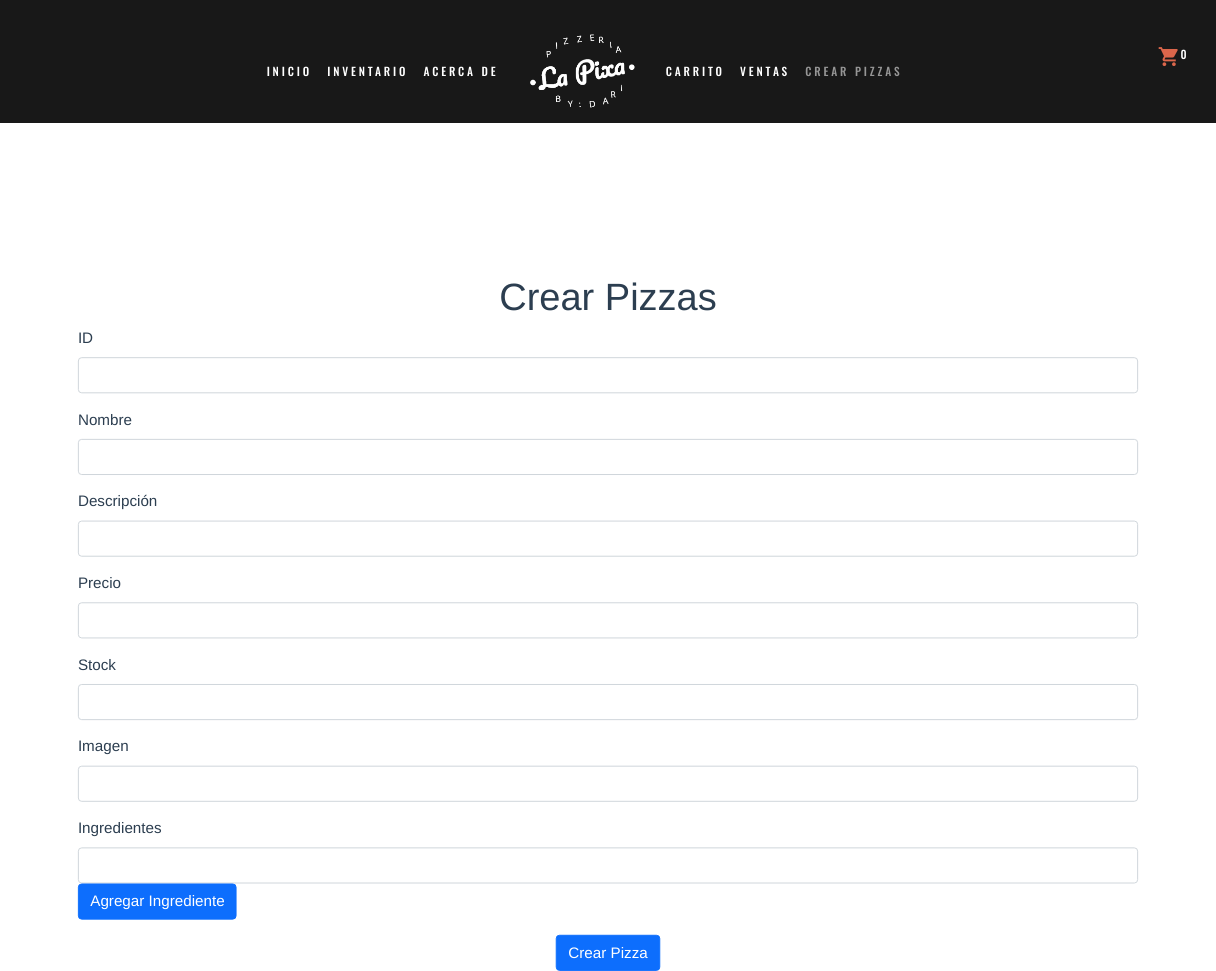
Repository: Darigo30/prueba-vue-dari-pizza
Page: /crearPizzas
An editor plug-in stored every save of this project. The page is shown before and after the next save, followed by the edit.
The browser window is 1280 px wide. The pictures show the whole page, at 95% of full size.
The project was rebuilt for these pictures with package versions that can differ from the ones it lists, and the page was loaded fresh each time. Also part of the build but not shown: src/views/Home.vue.

Above is the page before, as saved 2021-05-23 22:38:17.

### public/index.html
<!DOCTYPE html>
<html lang="">
  <head>
    <meta charset="utf-8">
    <meta http-equiv="X-UA-Compatible" content="IE=edge">
    <meta name="viewport" content="width=device-width,initial-scale=1.0">
    <link rel="icon" href="<%= BASE_URL %>favicon.ico">
    <link href="https://cdn.jsdelivr.net/npm/bootstrap@5.0.0/dist/css/bootstrap.min.css" rel="stylesheet" integrity="sha384-wEmeIV1mKuiNpC+IOBjI7aAzPcEZeedi5yW5f2yOq55WWLwNGmvvx4Um1vskeMj0" crossorigin="anonymous">
    <link href="https://fonts.googleapis.com/icon?family=Material+Icons"
      rel="stylesheet">
      <link rel="preconnect" href="https://fonts.gstatic.com">
      <link href="https://fonts.googleapis.com/css2?family=Oswald:wght@300;500&display=swap" rel="stylesheet">
    <title>Pizzeria La Pixa</title>
  </head>
  <body>
    <noscript>
      <strong>We're sorry but doesn't work properly without JavaScript enabled. Please enable it to continue.</strong>
    </noscript>
    <div id="app"></div>
    <script src="https://cdn.jsdelivr.net/npm/bootstrap@5.0.0/dist/js/bootstrap.bundle.min.js" integrity="sha384-p34f1UUtsS3wqzfto5wAAmdvj+osOnFyQFpp4Ua3gs/ZVWx6oOypYoCJhGGScy+8" crossorigin="anonymous"></script>
    <!-- built files will be auto injected -->
  </body>
</html>

### src/main.js
import Vue from "vue";
import App from "./App.vue";
import router from "./router";
import store from "./store";
import firebase from "firebase";



Vue.config.productionTip = false;


new Vue({
  router,
  store,
  firebase,
  render: (h) => h(App),
}).$mount("#app");

### src/App.vue
<template>
  <div id="app">
    <Nav />
    <router-view />
  </div>
</template>

<script>
import Nav from "@/components/Nav.vue";
import { mapActions } from "vuex";

export default {
  name: "App",
  components: {
    Nav,
  },
  methods: {
    ...mapActions(["getData", "setDataPizzasDb"]),
  },
  created() {
    this.getData();
    this.setDataPizzasDb();
  },
};
</script>

<style lang="scss">
#app {
  font-family: Avenir, Helvetica, Arial, sans-serif;
  -webkit-font-smoothing: antialiased;
  -moz-osx-font-smoothing: grayscale;
  text-align: center;
  color: #2c3e50;
}
</style>

### src/router/index.js
import Vue from "vue";
import VueRouter from "vue-router";
import Home from "../views/Home.vue";

Vue.use(VueRouter);

const routes = [
  {
    path: "/",
    name: "Home",
    component: Home,
  },
  {
    path: "/inventario",
    name: "Inventario",
    component: () =>
      import(/* webpackChunkName: "inventario" */ "../views/Inventario.vue"),
  },
  {
    path: "/ventas",
    name: "Ventas",
    component: () =>
      import(/* webpackChunkName: "ventas" */ "../views/Ventas.vue"),
  },
  {
    path: "/carrito",
    name: "Carrito",
    component: () =>
      import(/* webpackChunkName: "carrito" */ "../views/Carrito.vue"),
  },
  {
    path: "*",
    name: "error404",
    component: () =>
      import(/* webpackChunkName: "error404" */ "../views/error404.vue"),
  },
  {
    path: "/crearPizzas",
    name: "CrearPizzas",
    component: () =>
      import(/* webpackChunkName: "crearPizzas" */ "../views/CrearPizzas.vue"),
  },
  // {
  //   path: "/about",
  //   name: "About",
  // route level code-splitting
  // this generates a separate chunk (about.[hash].js) for this route
  // which is lazy-loaded when the route is visited.
  //   component: () =>
  //     import(/* webpackChunkName: "about" */ "../views/About.vue"),
  // },
];

const router = new VueRouter({
  mode: "history",
  base: process.env.BASE_URL,
  routes,
});

export default router;

### src/store/index.js
import Vue from "vue";
import Vuex from "vuex";
//import axios from "axios";

import { db } from "../../firebase";

Vue.use(Vuex);

export default new Vuex.Store({
  state: {
    productos: [],
    carrito: [],
    ventas: [],
  },
  getters: {
    cantidadCarrito(state) {
      return state.carrito.length;
    },
    productosFiltrados(state) {
      const productos = state.productos.filter((pizza) => pizza.stock > 0);
      return !productos ? [] : productos;
    },
    totalCarrito(state) {
      const carrito = state.carrito;
      if (carrito.length === 0) return 0;
      const suma = carrito.reduce((acc, x) => acc + x.subtotal, 0);
      return suma;
    },
  },
  mutations: {
    cargarData(state, payload) {
      state.productos = payload;
    },
    agregarPizza(state, payload) {
      const agregar = payload.id;
      const cantidad = 1;
      const nombre = payload.nombre;
      const precio = payload.precio;
      const subtotal = precio * cantidad;

      const finder = state.carrito.find((obj) => obj.id === agregar);

      if (!finder) {
        const obj = {
          id: agregar,
          cantidad,
          nombre,
          precio,
          subtotal,
        };
        state.carrito.push(obj);
      } else {
        finder.cantidad = cantidad + finder.cantidad;
        finder.subtotal = finder.cantidad * precio;
      }
    },
    comprar(state) {
      const respuesta = confirm("¿Quieres comprar ahora?");
      if (respuesta) {
        const venta = state.carrito.map((obj) => {
          const obj2 = {
            id: obj.id,
            nombre: obj.nombre,
            precioSubtotal: obj.subtotal,
            cantidadVendida: obj.cantidad,
          };
           return obj2;
        });
        venta.forEach((producto) => {
          const ventarec = producto;
          const finder = state.ventas.find((obj) => obj.id === ventarec.id);

          if (!finder) {
            state.ventas.push(ventarec);
          } else {
            state.ventas = state.ventas.map((vend) => {
              const obj3 = {
                id: vend.id,
                nombre: vend.nombre,
                precioSubtotal: vend.id === ventarec.id ? vend.precioSubtotal + ventarec.precioSubtotal : vend.precioSubtotal,
                cantidadVendida: vend.id === ventarec.id ? vend.cantidadVendida + ventarec.cantidadVendida : vend.cantidadVendida,
              };
               return obj3;
            });
          }

        });
        state.carrito.forEach((el) => {
        state.productos = state.productos.map((resta) => {
            const obj4 = {
              desc: resta.desc,
              id: resta.id,
              img: resta.img,
              ing: resta.ing,
              name: resta.name,
              price: resta.price,
              stock: el.id === resta.id ? resta.stock - el.cantidad : resta.stock ,
            };
            return obj4;
          })
        });
      state.carrito = [];
      }
    },
    //guardar pizzas de API inicial en colleccion de firebase
    guardarPizzasEnDB(state) {
      console.log(state);
      /*setTimeout(() => {
        try {
          const productos = state.productos;
          console.log(productos);
          productos.forEach(async (producto) => {
            await db.collection("pizzas").add(producto);
          });
        } catch (error) {
          console.log(error);
        }
      }, 2000);*/
    },
    agregarNuevaPizza(state, payload) {
      const existe = state.productos.find((pizza) => pizza.id === payload.id);
      // Si no existe ingresar a la base de datos.
      if (!existe) state.productos.push(payload);
    },
  },
  actions: {
    async getData({ commit }) {
      // const url =
      //   "https://us-central1-apis-varias-mias.cloudfunctions.net/pizzeria";
      try {
        // const req = await axios(url);
        // const pizzas = req.data;
        // const pizzasStock = pizzas.map((obj) => {
        //   obj.stock = 10;
        //   return obj;
        // });
        const pizzasStock = [];
        const fire = await db.collection("pizzas");
        fire.get()
        .then((querySnapshot) => {
            querySnapshot.forEach((doc) => {
                pizzasStock.push(doc.data());
                console.log(doc.id, " => ", doc.data());
            });
        })
        commit("cargarData", pizzasStock);
      } catch (error) {
        console.log(error);
      }
    },
    async setDataPizzasDb({ commit }){
      commit("guardarPizzasEnDB");
    },
    async crearNuevaPizza({ commit, state }, payload) {
      const pizza = payload;
      if (!pizza) return;

      //Validar si existe una pizza con el mismo ID

      const verificarId = state.productos.filter(pizza =>  pizza.id === payload.id);
      if(verificarId.length !== 0){
        alert("ya existe un ID con ese producto", verificarId);
        console.log(verificarId);
        return;
      }


      // Actualizar el state
      commit("agregarNuevaPizza", pizza);
      // Actualizar Firebase
      // Preguntar si el ID existe en Firebase: (TAREA)
      // try {
      //   const req = await db.collection("pizza").get();
      //   req.docs.forEach(obj => {
      //     const pizzaFirebase = obj.data();
      //     const idFirebase = pizzaFirebase.id;

      //     // Tiene un problema: ¿Cuál es? (Tarea)
      //     if (idFirebase === pizza.id) return;
      //     await db.collection("pizzas").add(pizza);
      //   })
      // } catch (error) {
      //   console.log(error);
      // }
      await db.collection("pizzas").add(pizza);
    },
    async borrarPizzas({ commit, state }, payload) {
      commit("");

      //Me borra la fila completa

      let borradoFila = state.productos.filter(fila => fila.id != payload );
      state.productos = borradoFila;

      // Borra en Firestore

      let collectionRef = db.collection("pizzas");
      collectionRef.where("id", "==", payload)
      .get()
      .then(querySnapshot => {
        querySnapshot.forEach((doc) => {
          doc.ref.delete().then(() => {
            console.log("el doc fue borrado");
          }).catch(function(error) {
            console.error("ha ocurrido un error al borrar: ", error);
          });
        });
      })
      .catch(function(error) {
        console.log("Error al obtener el documento: ", error);
      });
    }
  },
});

### src/components/Nav.vue
<template>
  <nav class="navbar navbar-expand-lg navbar-dark bg-dark">
    <div class="container-fluid">
      <!-- <a class="navbar-brand" href="#">Navbar</a> -->

      <button
        class="navbar-toggler"
        type="button"
        data-bs-toggle="collapse"
        data-bs-target="#navbarNav"
        aria-controls="navbarNav"
        aria-expanded="false"
        aria-label="Toggle navigation"
      >
        <span class="navbar-toggler-icon"></span>
      </button>

      <div class="collapse navbar-collapse" id="navbarNav">
        <ul class="navbar-nav">
          <li class="nav-item">
            <router-link class="nav-link text-white" to="/">Inicio</router-link>
          </li>
          <li class="nav-item">
            <router-link class="nav-link text-white" to="/inventario"
              >Inventario</router-link
            >
          </li>
          <li class="nav-item">
            <router-link class="nav-link text-white" to="#"
              >Acerca de</router-link
            >
          </li>
           <router-link class="navbar-brand" to="/"><img class="logo-lapizza" src="../assets/logo-pizza.png"></router-link>
          <li class="nav-item">
            <router-link class="nav-link text-white" to="/carrito">Carrito</router-link>
          </li>
          <li class="nav-item">
            <router-link class="nav-link text-white" to="/ventas">Ventas</router-link>
          </li>
          <li class="nav-item">
            <router-link class="nav-link" to="/crearPizzas">Crear Pizzas</router-link>
          </li>
        </ul>
      </div>
      <div class="carrito-top">
        <div @click="$router.push('/carrito')" class="carrito-icono"></div>
        <p class="nav-item text-white me-3 num-car">{{ cantidadCarrito }}</p>
      </div>


    </div>
  </nav>
</template>

<script>
import { mapGetters } from "vuex";

export default {
  name: "Nav",
  computed: {
    ...mapGetters(["cantidadCarrito"]),
  },
};
</script>

<style lang="scss" scoped>
.carrito-icono {
  width: 24px;
  height: 24px;
  line-height: 24px;
  cursor: pointer;

  &::before {
    content: "shopping_cart";
    font-family: "Material Icons";
    font-size: 1.5rem;
    color: #db664b;
  }
}
nav {
  position: fixed;
  width: 100%;
  z-index: 2;
}
.logo-lapizza{
  width: 100%;
  max-width: 110px;
}
.navbar-expand-lg .navbar-collapse{
  justify-content: center;
  margin: 20px 0 0;
  padding: 0 15px;
}
.navbar-nav{
      flex-direction: row;
    justify-content: center;
    align-content: center;
    align-items: center;
}
.navbar-brand{
  margin: 0 25px;
}
.bg-dark {
    background-color: #181818 !important;
    }
.navbar-expand-lg .navbar-nav .nav-link, .num-car{
  text-transform: uppercase;
  font-size: 12px;
  letter-spacing: 3px;
  font-family: 'Oswald', sans-serif;
  }
.carrito-top{
  display: flex;
}
</style>

### src/views/CrearPizzas.vue
<template>
  <div class="container pt-5">
    <div class="row pt-5">
      <div class="col-12">
        <h1 class="padd-t">Crear Pizzas</h1>

          <div class="mb-3 text-start">
            <label class="form-label">ID</label>
            <input type="text" class="form-control" v-model="pizza.id" />
          </div>
          <div class="mb-3 text-start">
            <label class="form-label">Nombre</label>
            <input type="text" class="form-control" v-model="pizza.name" />
          </div>
          <div class="mb-3 text-start">
            <label class="form-label">Descripción</label>
            <input type="text" class="form-control" v-model="pizza.desc" />
          </div>
          <div class="mb-3 text-start">
            <label class="form-label">Precio</label>
            <input type="text" class="form-control" v-model="pizza.price" />
          </div>
          <div class="mb-3 text-start">
            <label class="form-label">Stock</label>
            <input type="text" class="form-control" v-model="pizza.stock" />
          </div>
          <div class="mb-3 text-start">
            <label class="form-label">Imagen</label>
            <input type="text" class="form-control" v-model="pizza.img" />
          </div>
          <div class="mb-3 text-start">
            <label class="form-label">Ingredientes</label>
            <input type="text"  v-model="ingrediente" class="form-control" />
            <button @click="agregarIngrediente(ingrediente)" class="btn btn-primary">Agregar Ingrediente</button>
            <div v-if="pizza.ing.length > 0">
                <ul v-for="datos in pizza.ing" :key="datos.ing">
                    {{ datos.name }}
                </ul>
            </div>

          </div>

        <button @click="crearPizza" class="btn btn-primary">Crear Pizza</button>
      </div>
    </div>
  </div>
</template>

<script>
import { mapActions } from "vuex";
export default {
  name: "Crear",
  data() {
    return {
    ingrediente: null,
      pizza: {
        id: "",
        name: "",
        desc: "",
        price: "",
        stock: "",
        img: "",
        ing: [],
      },
    };
  },
  methods: {
    ...mapActions(["crearNuevaPizza"]),
    crearPizza() {
      const pizza = this.pizza;
      if (!pizza.id || !pizza.name || !pizza.desc || !pizza.price || !pizza.stock || !pizza.img || !pizza.ing) return;
      this.crearNuevaPizza(pizza);
    },
    agregarIngrediente(ing){
        this.pizza.ing.push({
            name: ing
        });
    }
  },
};
</script>
<style scoped>
    .padd-t{
        margin-top: 12rem ;
    }
</style>

### firebase.js
// For Firebase JS SDK v7.20.0 and later, measurementId is optional
import firebase from "firebase";

const firebaseConfig = {
    apiKey: "AIzaSyDtWD7T_jkypJfm0HzDkZ7YDyLFE20edJ0",
    authDomain: "pizzeria-37b52.firebaseapp.com",
    projectId: "pizzeria-37b52",
    storageBucket: "pizzeria-37b52.appspot.com",
    messagingSenderId: "965355399653",
    appId: "1:965355399653:web:ba0bb2b3e531f99c7ce70c",
    measurementId: "G-8N9HY3NJ7J"
  };
  firebase.initializeApp(firebaseConfig);

  const db = firebase.firestore();

  export { firebaseConfig , db }

After the next save:
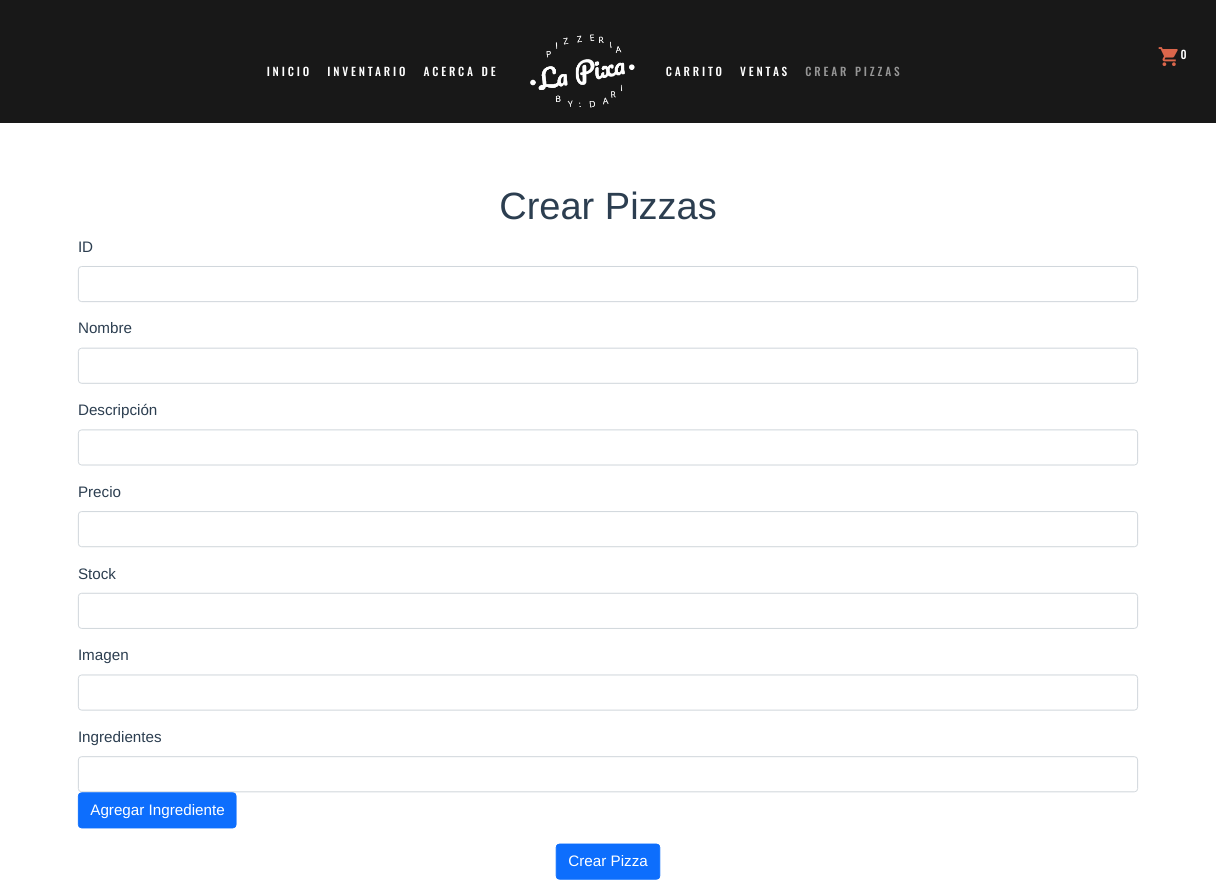
Saved 19 s later.
--- a/src/views/CrearPizzas.vue
+++ b/src/views/CrearPizzas.vue
@@ -1,6 +1,6 @@
 <template>
-  <div class="container pt-5">
-    <div class="row pt-5">
+  <div class="container">
+    <div class="row">
       <div class="col-12">
         <h1 class="padd-t">Crear Pizzas</h1>
 
